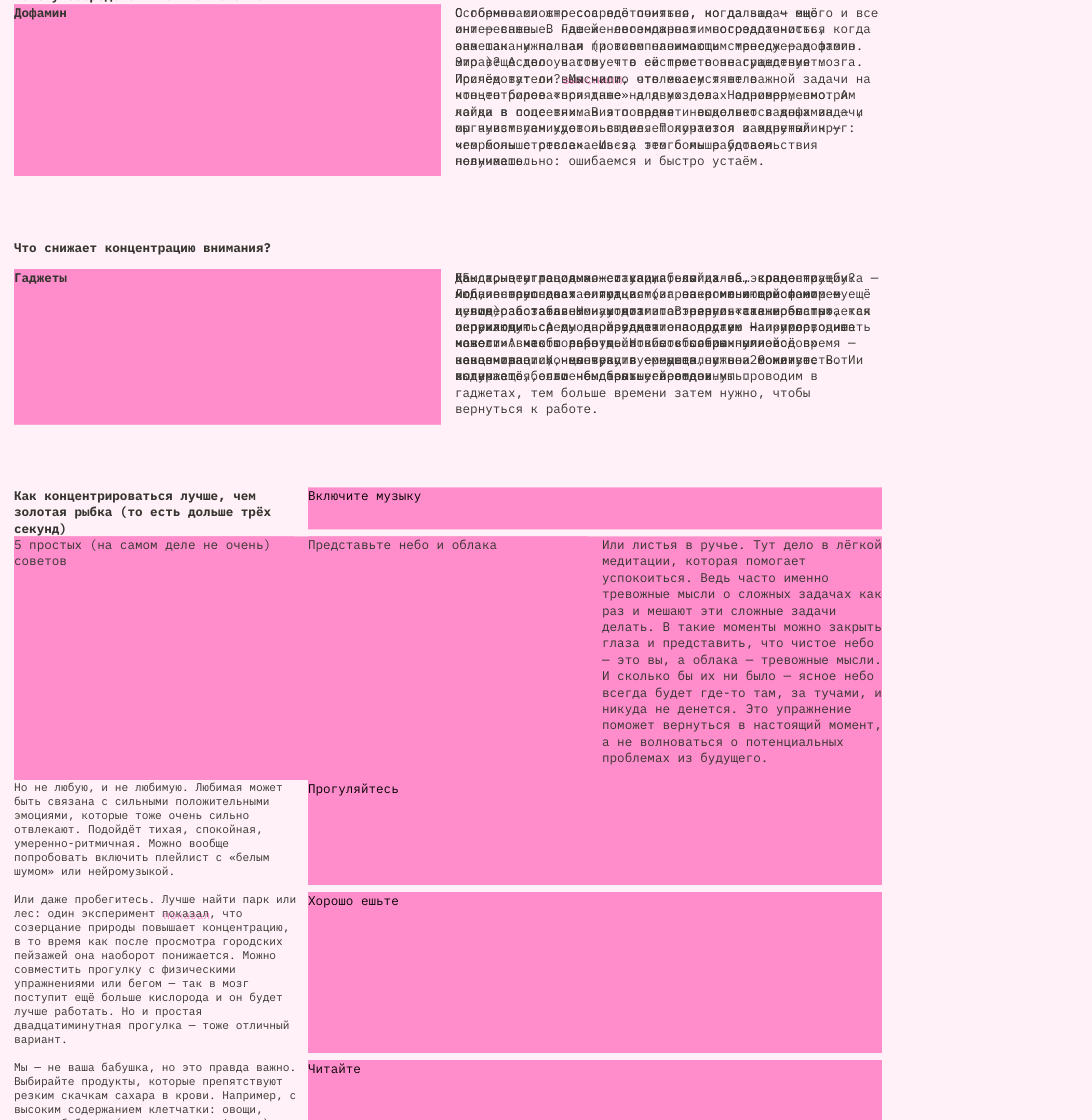
Repository: NikWolf75/slozhno-sosredotochitsya-fd
Page: index.html
These files come from the project's save history. The page is drawn as it stood at one moment and after the next save; the edit follows.
The browser window is 1280 px wide. The page is 1560 px wide, so the pictures cover 1560 px, including what lies to the right of the window. The pictures show the part of the page from y = 845 to 2445 px (the page is 7271 px tall before and 7257 px after), at 70% of full size.

Above is the page before, as saved 2025-02-27 23:26:18.

### index.html
<!DOCTYPE html>
<html lang="ru">
  <head>
    <meta charset="UTF-8" />
    <meta http-equiv="X-UA-Compatible" content="IE=edge" />
    <meta name="viewport" content="width=device-width, initial-scale=1.0" />
    <meta name="color-scheme" content="dark light" />
    <link rel="stylesheet" href="/fonts/fonts.css" />
    <link rel="stylesheet" href="/styles/globals.css" />
    <link rel="stylesheet" href="/styles/variables.css" />
    <link rel="stylesheet" href="/styles/style.css" />
    <link rel="stylesheet" href="/styles/dark.css" />
    <link rel="stylesheet" href="/styles/light.css" />
    <link rel="icon" href="/images/favicon.ico" sizes="any" />
    <link rel="icon" href="/images/favicon.svg" type="image/svg+xml" />
    <title>Сложно сосредоточиться</title>
    <script src="./scripts/script.js"></script>
  </head>
  <body class="page">
    <header class="header decorated-zone">
      <p class="rec_element">REC</p>
      <nav class="header__theme-menu">
        <ul class="header__theme-menu-list">
          <li class="header__theme-menu-item">
            <button
              class="header__theme-menu-button header__theme-menu-button_type_light"
            >
              День
            </button>
          </li>
          <li class="header__theme-menu-item">
            <button
              class="header__theme-menu-button header__theme-menu-button_active header__theme-menu-button_type_auto"
              disabled
            >
              Авто
            </button>
          </li>
          <li class="header__theme-menu-item">
            <button
              class="header__theme-menu-button header__theme-menu-button_type_dark"
            >
              Неон
            </button>
          </li>
        </ul>
      </nav>
      <h1 class="title_main">no focus</h1>
      <div class="title-decor">
        <p>Что делать, когда не можешь делать ничего</p>
        <p>
          Или почему нам так сложно сконцентрироваться, особенно когда очень
          надо
        </p>
      </div>
    </header>
    <main class="content">
      <section class="content__section">
        <h2 class="question_text">Почему сосредоточиться так сложно</h2>
        <article class="answer">
          <h3 class="content__answer-short">Многозадачность</h3>
          <p class="answer_large">
            Особенно сложно сосредоточиться, когда задач много и все они —
            важные. Где же легендарная многозадачность, когда она так нужна вам
            (и всем нанимающим менеджерам этого мира)? А дело в том, что её
            просто не существует. Исследователи
            <a class="link-text" href="#0">выяснили</a>, что мозгу тяжело
            концентрироваться даже на двух делах одновременно. А когда в поле
            внимания попадает несколько важных задач, организм паникует и
            выделяет кортизол и адреналин — «гормоны стресса». Из-за этого мы
            работаем невнимательно: ошибаемся и быстро устаём.
          </p>
        </article>
        <article class="answer">
          <h3 class="content__answer-short">Дофамин</h3>
          <p class="answer_large">
            С гормонами стресса всё понятно, но дальше — ещё интереснее. В нашей
            невозможности сосредоточиться замешана и полная противоположность
            стрессу — дофамин. Это вещество участвует в системе вознаграждения
            мозга. Причём тут он? Мы часто отвлекаемся от важной задачи на
            что-то более «приятное» для мозгов. Например, смотрим лайки в
            соцсетях. В это время и выделяется дофамин — и мы чувствуем
            удовольствие. Получается замкнутый круг: чем больше отвлекаешься,
            тем больше удовольствия получаешь.
          </p>
        </article>
      </section>
      <section class="content__section content__question">
        <h2 class="question_text">Что снижает концентрацию внимания?</h2>
        <article class="answer">
          <h3 class="content__answer-short">Многозадачность</h3>
          <p class="answer_large">
            Как концентрация может снижаться из-за… концентрации? Любая
            стрессовая ситуация (и резко меняющийся мир в целом) заставляет наш
            мозг постоянно «сканировать» окружающую среду на предмет опасности.
            Например, читать новости вместо работы. Но быть собранными всё время
            — невозможно. Концентрация — мышца, и она может не выдержать, если
            не давать ей отдохнуть.
          </p>
        </article>
        <article class="answer">
          <h3 class="content__answer-short">Еда</h3>
          <p class="answer_large">
            «Быстрые углеводы» — сахар, белый хлеб, сладости — молниеносно
            доставляют в мозг энергию и помогают ему лучше работать. Но уходит
            эта энергия также быстро, как и приходит. А мы в результате попадаем
            на «углеводные качели»: как только действие «быстрых углеводов»
            заканчивается, мы чувствуем усталость и сонливость. И хотим ещё
            больше быстрых углеводов.
          </p>
        </article>
        <article class="answer">
          <h3 class="content__answer-short">Гаджеты</h3>
          <p class="answer_large">
            Да-да, это та самая ситуация, когда на экране ноутбука — код, в
            наушниках — подкаст, а на компьютере фоном — ещё и видео с забавными
            утятами. В результате мозг пытается переключиться с одной задачи на
            другую — и просто не может. А чтобы вернуться к состоянию полной
            концентрации, человеку в среднем нужно 20 минут. Вот и получается,
            что чем больше времени мы проводим в гаджетах, тем больше времени
            затем нужно, чтобы вернуться к работе.
          </p>
        </article>
      </section>
      <section class="content__section">
        <h2 class="question_text">
          Как концентрироваться лучше, чем золотая рыбка (то есть дольше трёх
          секунд)
        </h2>
        <article class="answer advice">
          <h3 class="content__answer-short sub_content__answer-short">
            5 простых (на самом деле не очень) советов
          </h3>
          <h4 class="advice">
            Представьте небо и облака
          </h4>
          <p class="answer_large">
            Или листья в ручье. Тут дело в лёгкой медитации, которая помогает
            успокоиться. Ведь часто именно тревожные мысли о сложных задачах как
            раз и мешают эти сложные задачи делать. В такие моменты можно
            закрыть глаза и представить, что чистое небо — это вы, а облака —
            тревожные мысли. И сколько бы их ни было — ясное небо всегда будет
            где-то там, за тучами, и никуда не денется. Это упражнение поможет
            вернуться в настоящий момент, а не волноваться о потенциальных
            проблемах из будущего.
          </p>
        </article>
          <h4 class="advice">
            Включите музыку
          </h4>
          <p class="answer_large">
            Но не любую, и не любимую. Любимая может быть связана с сильными
            положительными эмоциями, которые тоже очень сильно отвлекают.
            Подойдёт тихая, спокойная, умеренно-ритмичная. Можно вообще
            попробовать включить плейлист с «белым шумом» или нейромузыкой.
          </p>
          <h4 class="advice">
            Прогуляйтесь
          </h4>
          <p class="answer_large">
            Или даже пробегитесь. Лучше найти парк или лес: один эксперимент
            <a class="link-text" href="#0">показал</a>, что созерцание природы
            повышает концентрацию, в то время как после просмотра городских
            пейзажей она наоборот понижается. Можно совместить прогулку с
            физическими упражнениями или бегом — так в мозг поступит ещё больше
            кислорода и он будет лучше работать. Но и простая двадцатиминутная
            прогулка — тоже отличный вариант.
          </p>
          <h4 class="advice">
            Хорошо ешьте
          </h4>
          <p class="answer_large">
            Мы — не ваша бабушка, но это правда важно. Выбирайте продукты,
            которые препятствуют резким скачкам сахара в крови. Например, с
            высоким содержанием клетчатки: овощи, ягоды, бобовые (нут, чечевица,
            фасоль), коричневый рис, хлеб из цельнозерновой пшеницы.
          </p>
          <h4 class="advice">
            Читайте
          </h4>
          <p class="answer_large">
            Настоящие бумажные книги. Это правда помогает с концентрацией: чтобы
            прочитать пост в соцсети, достаточно нескольких минут или даже
            секунд. А вот интересная книга способна затянуть и на несколько
            часов и круто тренирует направленное внимание.
          </p>
        </article>
      </section>
      <section class="content__section content__gallery">
        <h2 class="content__answer-short">А можно в картинках?</h2>
        <div class="gallery">
          <figure class="gallery__item">
            <img
              class="content__section-image"
              src="./images/sunset.png"
              alt="Вид острова на закате"
              loading="lazy"
            />
          </figure>
          <figure class="gallery__item">
            <img
              class="gallery__section-image"
              src="./images/ice-cream.png"
              alt="Чаша с мороженным"
              loading="lazy"
            />
          </figure>
          <figure class="gallery__item">
            <img
              class="gallery__section-image"
              src="./images/tape.png"
              alt="Кассета"
              loading="lazy"
            />
          </figure>
          <figure class="gallery__item">
            <img
              class="gallery__section-image"
              src="./images/books.png"
              alt="Стопка книг"
              loading="lazy"
            />
          </figure>
          <figure class="gallery__item">
            <img
              class="gallery__section-image"
              src="./images/street.png"
              alt="Улица"
              loading="lazy"
            />
          </figure>
        </div>
      </section>
    </main>
    <footer class="footer decorated-zone">
      <h2 class="title_main footer__title">focus</h2>
    </footer>
  </body>
</html>

### styles/globals.css
*,
*::before,
*::after {
  box-sizing: border-box;
}

body {
  min-inline-size: 375px;
  max-inline-size: 1440px;
  margin: 0 auto;
}

h1,
h2,
h3,
h4,
h5,
h6,
p {
  margin: 0;
}

ul {
  margin: 0;
  padding: 0;
  list-style: none;
}

picture {
  margin: 0;
  padding: 0;
}

button,
a {
  font-family: inherit;
  font-size: inherit;
  line-height: inherit;
  color: currentColor;
}

### styles/variables.css
:root {
  --main-font: 'IBM Plex mono';
}

### styles/style.css
.page {
  display: flex;
  flex-direction: column;
  font-family: var(--main-font), monospace;
  block-size: min-content;
  position: relative;
  font-weight: 700;
  background-color: var(--main-background-color);
  background-image: var(--main-background-image);
  background-attachment: fixed;
  background-position: center;
  background-size: cover;
  background-repeat: no-repeat;
 }

.decorated-zone {
  position: relative;
}

.decorated-zone::after,
.decorated-zone::before {
  position: absolute;
  inline-size: 25px;
  block-size: 25px;
  content: "";
  border: 1px solid var(--corner-color);
}

.decorated-zone::after {
  border-top: none;
  border-right: none;
  bottom: 10px;
  left: 10px;
}

.decorated-zone::before {
  border-left: none;
  border-bottom: none;
  right: 10px;
  top: 10px;
}

@media (width >= 768px) {
  .decorated-zone::after {
    bottom: 20px;
    left: 20px;
  }
}

@media (width >= 768px) {
  .decorated-zone::before {
    right: 20px;
    top: 20px;
  }
}

.rec_element {
  position: absolute;
  align-self: start;
  justify-self: end;
  margin: 0;
  right: 10px;
  margin-right: 28px;
  font-size: 18px;
  grid-column: 3;
  grid-row: 1;
  color: var(--accent-color);
  gap: 10px;
}

@media (width >= 768px) {
  .rec_element {
    right: 20px;
  }
}

.rec_element::after {
  content: "";
  border-radius: 50%;
  position: absolute;
  top: 8px;
  left: 44px;
  background: var(--accent-color);
  width: 10px;
  height: 10px;
  box-shadow: 0 0 4px 2px var(--accent-color)
}

.header {
  display: grid;
  grid-template-columns: repeat(3, 1fr);
  grid-template-rows: 1fr min-content 1fr;
  align-items: center;
  justify-items: end;
  position: relative;
  block-size: min(668px, 100vh);
  padding: 10px;
  inline-size: 100%;
 }

 @media (width >= 768px) {
  .header {
    padding: 20px 20px 20px 0;
    block-size: max(1024px, 100vh);
  }
 }

 @media (width >= 1024px) {
  .header {
    block-size: max(768px, 100vh);
  }
 }

 .header__theme-menu {
  grid-column: 3;
  grid-row: 1;
  justify-self: end;
  align-self: center;
}

@media (width >= 1024px) {
  .header__theme-menu {
    grid-column: 1 / -1;
    align-self: start;
    justify-self: center;
    margin-left: 20px;
  }
 }

.header__theme-menu-list {
  display: flex;
  flex-direction: column;
  list-style: none;
  row-gap: 10px;
}

@media (width >= 1024px) {
  .header__theme-menu-list {
    display: flex;
    flex-direction: row;
    column-gap: 10px;
  }
 }

.header__theme-menu-button {
  font-family: inherit;
  background: transparent;
  font-size: 18px;
  color: var(--menu-color);
  border: none;
  text-transform: lowercase;
  border: none;
  height: 26px;
  padding-right: 13px;
  padding-left: 13px;
}

.header__theme-menu-bitton:hover {
  outline: 1px solid var(--menu-color-rgb);
}

.header__theme-menu-button_active {
  outline: 1px solid var(--menu-color);
}

.header__theme-menu-button:focus {
  outline: none;
  text-decoration: underline;
}

.header__theme-menu-button:focus-visible {
  outline: none;
  text-decoration: underline;
}

.title_main {
  font-family: inherit;
  font-size: clamp(7.25rem, 7.0115rem + 1.0178vw, 7.5rem);
  line-height: 95.7px;
  color: var(--title-short-text-color);
  text-shadow: 4px 4px 0 var(--accent-color);
  justify-self: start;
  grid-column: 1 / -1;
  grid-row: 2;
}

@media (width >= 1024px) {
  .title_main {
    line-height: 129.5px;
  }
}

@media (width >= 768px) {
  .title_main {
    font-size: clamp(7.5rem, 0.5625rem + 14.4531vw, 9.8125rem);
    font-weight: 700;
    line-height: 99px;
  }
}

.title-decor {
  font-weight: 700;
  font-family: var(--main-font), monospace;
  font-size: 18px;
  line-height: 23.4px;
  background-color: var(--accent-color);
  color: var(--title-text-color);
  grid-row: 3;
  grid-column: 1 / -1;
  border: 1px solid var(--main-background-color);
  margin: 0;
  justify-self: end;
  align-self: center;
}

@media (width >= 768px) {
  .title-decor {
    max-width: 49%;
  }
}

.content {
  display: flex;
  box-sizing: border-box;
  flex-direction: column;
  padding: 40px 10px 0 10px;
  row-gap: 50px;
}

@media (width >= 768px) {
  .content {
    padding: 60px 20px 20px 20px;
    row-gap: 80px;
  }
}

@media (width >= 768px) {
  .content__section {
    display: grid;
    grid-template-columns: 1fr 2fr;
    column-gap: 20px;
  }
}

@media (width >= 1024px) {
  .content__section {
    column-gap: 10px;
  }
}

.content__what, .answer {
  margin-bottom: 20px;
}

.content__what, .answer:last-of-type {
  margin-bottom: 0;
}

.content__gallery, .content__answer-short {
  font-size: 18px;
}

@media (width >= 768px) and (width < 1024px) {
  .content__question,
  .content__gallery {
    display: grid;
    grid-template-columns: repeat(3, 1fr);
    grid-template-rows: min-content, 1fr;
    row-gap: 20px;
  }

  .content__question, .question_text {
    grid-row: 1;
    grid-column: 1;
  }

  .content__question, .answer {
    grid-row: 2;
    grid-column: 1 / -1;
    margin-bottom: 20px;
  }

  .content__gallery, .content__answer-short {
    grid-row: 1;
    grid-column: 1 / -1;
    margin: 0;
  }

  .content__gallery, .gallery {
    grid-row: 2;
    grid-column: 1 / -1;
  }
}

@media (width >= 1024px) {
  .content__question,
  .content__gallery {
    display: grid;
    grid-template-columns: repeat(3, 1fr);
    row-gap: 20px;
  }

  .content__question, .question_text {
    grid-row: 1;
    grid-column: 1;
  }

  .content__question, .answer {
    display: grid;
    grid-row: 2;
    grid-column: 1 / -1;
    column-gap: 20px;
    grid-template-columns: repeat(auto-fit, minmax(calc((100% - 40px) / 3), 1fr));
  }

  .content__gallery, .answer-short {
    grid-row: 1;
    grid-column: 1 / -1;
    margin: 0;
  }

  .content__gallery, .gallery {
    grid-row: 2;
    grid-column: 1 / -1;
  }
}

.question_text {
  font-family: var(--main-font), monospace;
  font-size: 18px;
  font-weight: 700;
  line-height: 23.5px;
  color: var(--question-text-color);
  margin: 0;
  margin-bottom: 20px;
}

@media (width >= 768px) {
  .question_text {
    padding-right: 9px;
    margin-bottom: 0;
  }
}

.answer {
  font-family: var(--main-font), monospace;
  font-size: 18px;
  font-weight: 700;
  line-height: 23.5px;
  color: var(--answer-short-text-color);
}

.advices {
  display: flex;
  flex-direction: column;
}

.content_how {
  display: flex;
  flex-direction: column;
}

.content__answer-short {
  color: var(--answer-short-text-color);
  background-color: var(--accent-color);
  margin: 0;
  margin-bottom: 10px;
  font-family: inherit;
  font-size: inherit;
  font-weight: inherit;
  line-height: inherit;
}

.sub_content__answer-short {
  margin-bottom: 20px;
}

.answer_large {
  font-family: inherit;
  font-size: inherit;
  font-weight: 400;
  line-height: inherit;
  color: var(--answer-text-color);
  margin: 0;
  padding-bottom: 20px;
}

.answer, .answer_large:last-of-type {
  margin-bottom: 0;
}

.link-text {
  text-decoration: none;
  color: inherit;
  text-shadow: 2px 2px 0 var(--shadow-accent-color);
}

.link-text:hover {
  border-bottom: 1px solid var(--menu-color);
}

.link-text:focus {
  outline: none;
  border: none;
}

.link-text:focus-visible {
  outline: 1px solid var(--answer-text-color);
  border: 1px solid transparent;
  color: var(--answer-text-color);
}

.advice {
  font-family: var(--main-font), monospace;
  font-size: 18px;
  font-weight: 400;
  background-color: var(--accent-color);
  line-height: 23.4px;
  margin: 0 0 10px 0;
}

.gallery {
  display: grid;
  grid-template-columns: 1fr;
  grid-template-rows: 142px 355px 237px 355px 237px;
  gap: 10px;
  grid-auto-flow: dense;
  margin-bottom: 40px;
}

.gallery__item {
  margin: o;
}

.gallery__section-image {
  object-fit: cover;
  inline-size: 100%;
  block-size: 100%;
}

@media (width >= 1024px) {
  .gallery {
    grid-template-rows: 260px 315px 433px;
  }
}

.footer {
  display: grid;
  height: 100vh;
  padding: 10px;
  block-size: max(668px, 100vh);
  grid-template-columns: 1fr;
  grid-template-rows: 1fr min-content 1fr;
}

@media (width >= 768px) {
  .footer {
    padding: 20px;
    block-size: max(1024px, 100vh);
  }
}

@media (width >= 1024px) {
  .footer {
    block-size: max(768px, 100vh);
  }
}

.footer_title {
  justify-self: center;
}

### styles/dark.css
:root.theme-dark {
  --title-short-text-color: #DB00FF;
  --header-background-image: url(../images/cover-image-dark.png);
  --title-text-color: #000028;
  --accent-color: #FF0070;
  --menu-color: #FF0070;
  --menu-color-rgb: rgba(255, 0, 112, 0.4);
  --shadow-accent-color: #FF0070;
  --main-background-color: #000028;
  --answer-text-color: #F1B2CE;
  --answer-short-text-color: #000028;
  --question-text-color: #FF0070;
  --corner-color: #FF0070;
}

.theme-dark .page {
  /* Вам также нужно будет написать ряд подобных селекторов */
}

.theme-dark li {
  outline: none;
}

@media (prefers-color-scheme: dark) {
  :root {
    /* сохраните этот селектор в приведённом виде.
      Так стили написанные ниже будут иметь больший вес,
      чем стили в медиазапросе предпочтений пользователя
    */
    --title-short-text-color: #DB00FF;
    --header-background-image: url(../images/cover-image-dark.png);
    --title-text-color: #000028;
    --accent-color: #FF0070;
    --menu-color: #FF0070;
    --menu-color-rgb: rgba(255, 0, 112, 0.4);
    --shadow-accent-color: #FF0070;
    --main-background-color: #000028;
    --answer-text-color: #F1B2CE;
    --answer-short-text-color: #000028;
    --question-text-color: #FF0070;
    --corner-color: #FF0070;
  }

  li {
    outline: none;
  }
}

### styles/light.css
:root.theme-light {
  --title-short-text-color: #FFC2E6;
  --header-background-image: url(../images/cover-image-light.png);
  --title-text-color: #353430;
  --accent-color: #FF8DCB;
  --menu-color: #353430;
  --menu-color-rgb: rgba(53, 52, 48, 0.4);
  --shadow-accent-color: #FF8DCB;
  --main-background-color: #FFF1F7;
  --answer-text-color: #353430;
  --answer-short-text-color: #353430;
  --question-text-color: #353430;
  --corner-color: #353430;
}

.theme-light .page .rec_element {
  display: none;
}

.theme-light .rec_element::after {
  display: none;
}

.theme-light li {
  outline: none;
}

@media (prefers-color-scheme: light) {
  :root {
    --title-short-text-color: #FFC2E6;
    --header-background-image: url(../images/cover-image-light.png);
    --title-text-color: #353430;
    --accent-color: #FF8DCB;
    --menu-color: #353430;
    --menu-color-rgb: rgba(53, 52, 48, 0.4);
    --shadow-accent-color: #FF8DCB;
    --main-background-color: #FFF1F7;
    --answer-text-color: #353430;
    --answer-short-text-color: #353430;
    --question-text-color: #353430;
    --corner-color: #353430;
  }


  .theme-light .rec_element {
    display: none;
  }

  .theme-auto .rec_element {
    display: none;
  }

  .rec_element .rec_element::after {
    display: none;
  }

  li {
    outline: none;
  }
}

### scripts/script.js
(function initTheme() {
  const theme = localStorage.getItem('theme');
  if (theme) {
    setTheme(theme);
  }
})();

document.addEventListener('DOMContentLoaded', () => {
  const currentTheme = [...document.documentElement.classList]
    .find((cn) => cn.startsWith('theme-'))
    ?.replace('theme-', '');
  const themeButtons = [
    ...document.querySelectorAll('.header__theme-menu-button'),
  ];
  setActiveButton(themeButtons, currentTheme);

  themeButtons.forEach((button) => {
    button.addEventListener('click', () => {
      const chosenTheme = [...button.classList]
        .find((cn) => cn.includes('_type_'))
        .split('_type_')[1];
      setTheme(chosenTheme);
      setActiveButton(themeButtons, chosenTheme);
    });
  });
});

function setTheme(theme) {
  document.documentElement.className = '';
  document.documentElement.classList.add(`theme-${theme}`);
  localStorage.setItem('theme', theme);
}

function setActiveButton(buttonsArray, theme) {
  buttonsArray.forEach((button) => {
    button.classList.remove('header__theme-menu-button_active');
    button.removeAttribute('disabled');
  });
  const target = buttonsArray.find((button) =>
    button.classList.contains(`header__theme-menu-button_type_${theme}`)
  );
  if (target) {
    target.classList.add('header__theme-menu-button_active');
    target.setAttribute('disabled', true);
  } else {
    const autoButton = document.querySelector(
      '.header__theme-menu-button_type_auto'
    );
    autoButton.classList.add('header__theme-menu-button_active');
    autoButton.setAttribute('disabled', true);
  }
}

Loaded but not shown: fonts/fonts.css (common file)

After the next save:
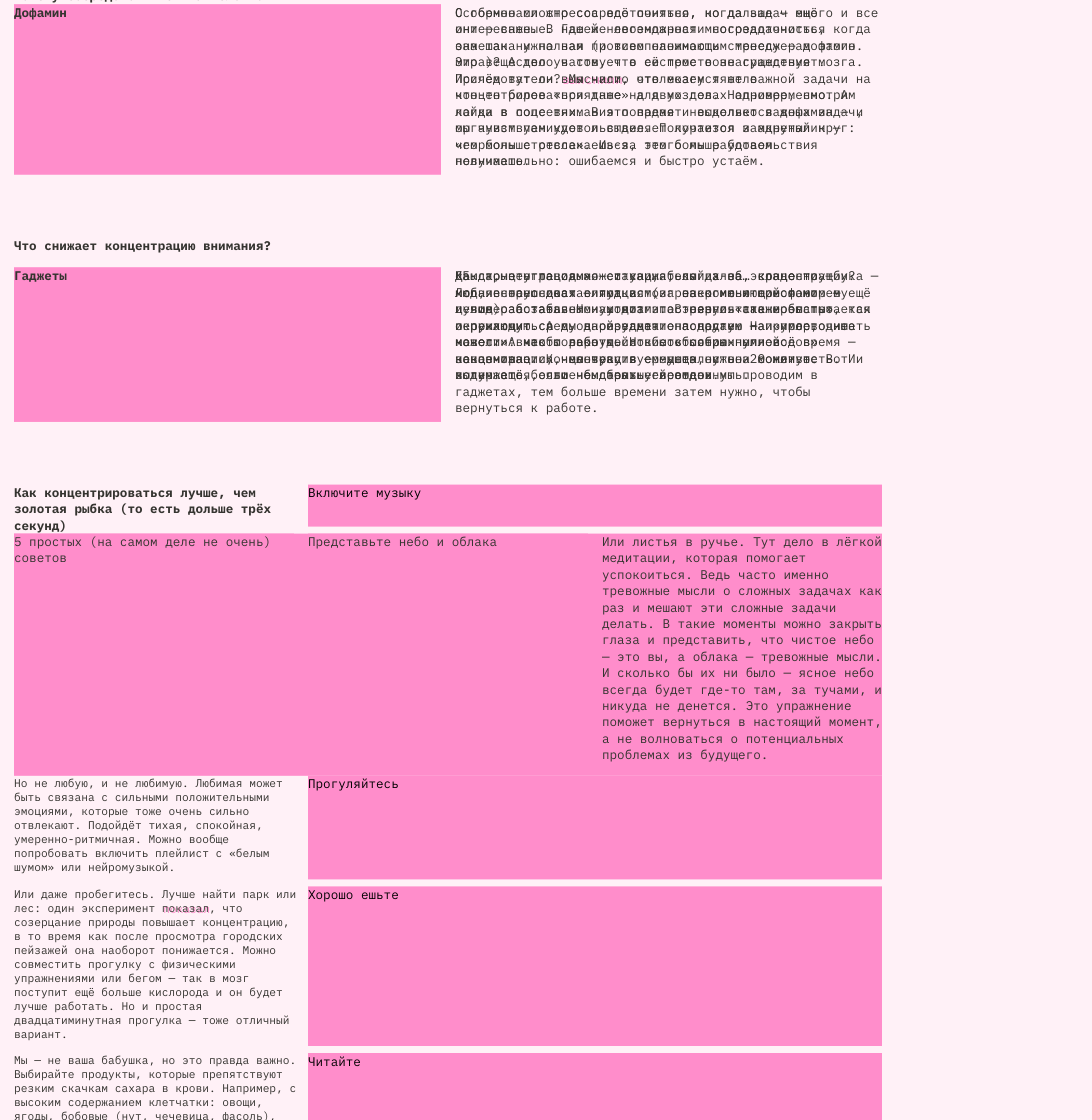
Saved 8 s later.
--- a/styles/style.css
+++ b/styles/style.css
@@ -382,7 +382,7 @@
   line-height: inherit;
   color: var(--answer-text-color);
   margin: 0;
-  padding-bottom: 20px;
+  padding-bottom: 18px;
 }
 
 .answer, .answer_large:last-of-type {
